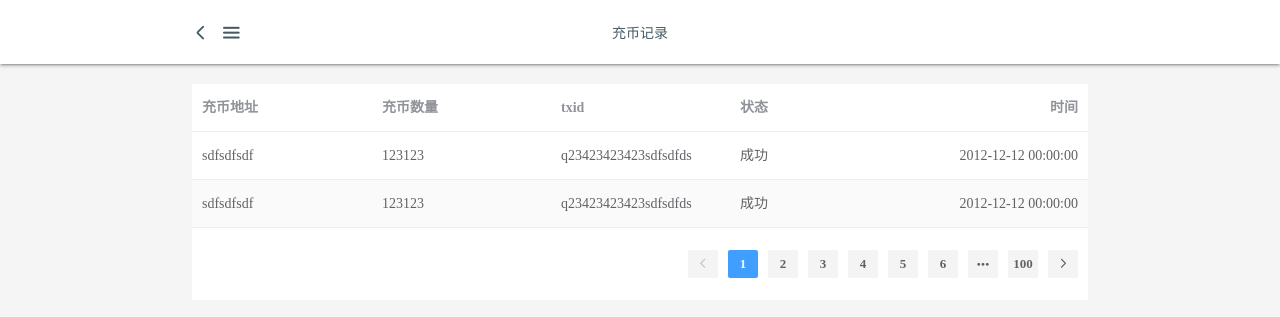
Repository: miyanshichen/ent
Page: /finance/deposit/logs
These files come from the project's save history. The page is drawn as it stood at one moment and after a run of saves; the edit follows.
The browser window is 1280 px wide. The pictures show the whole page.
The project was rebuilt for these pictures with package versions that can differ from the ones it lists, and the page was loaded fresh each time. Also part of the build but not shown: vue.config.js, src/assets/font/iconfont.js, src/components/Input.vue.

Above is the page before, as saved 2021-01-13 16:50:00.

After the next 2 saves:
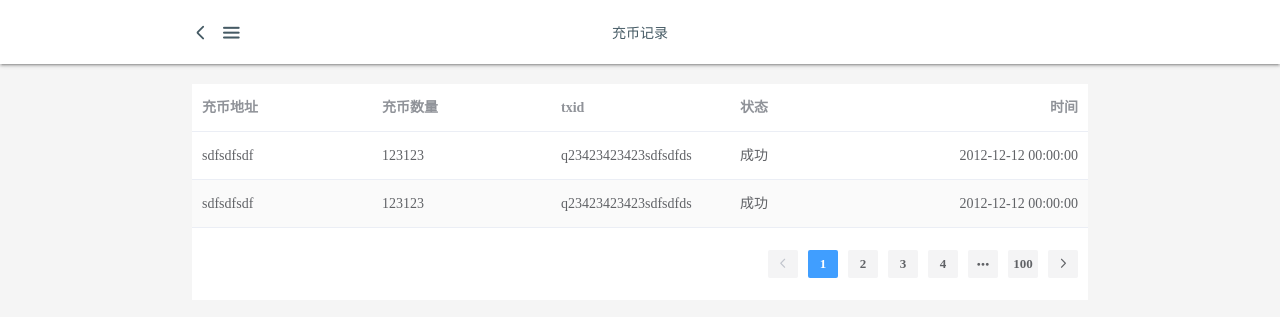
The 2 saves are shown as one change because they came seconds apart.
The last was saved 41 s later.
--- a/src/views/assets/depositLogs.vue
+++ b/src/views/assets/depositLogs.vue
@@ -14,7 +14,7 @@
         ></el-table-column>
       </el-table>
       <div class="mc-flex mc-flex-justify-end mc-pb-20">
-        <el-pagination background layout="prev, pager, next" :total="1000">
+        <el-pagination :pager-count="5" background layout="prev, pager, next" :total="1000">
         </el-pagination>
       </div>
     </div>
